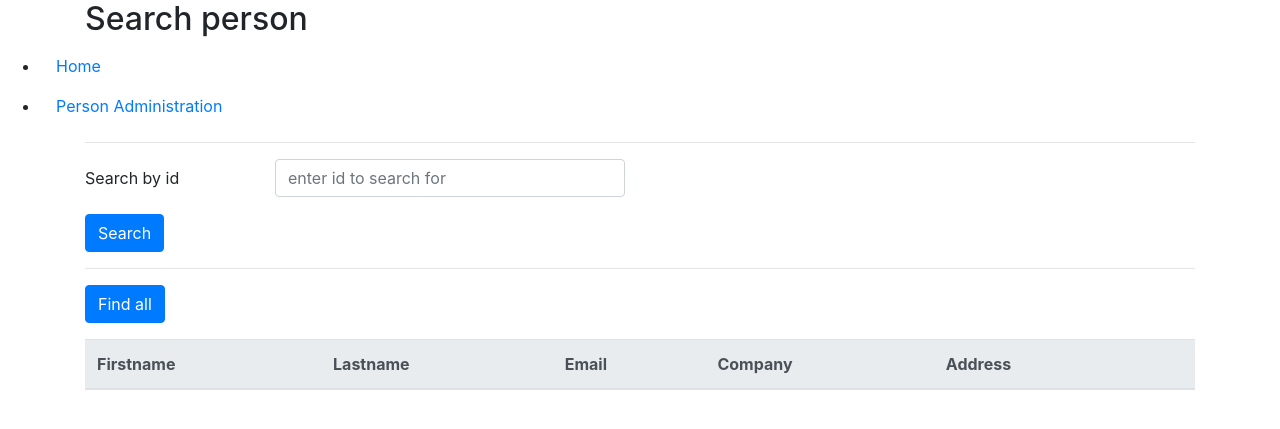
Repository: bvanrooy/exspring
Page: http://localhost/searchperson
The author's editor kept a copy of each file at every save. The page is drawn from the files as they stood at one save, then again after the next save.
The browser window is 1280 px wide. The pictures show the whole page.
The page is this project's Thymeleaf template; nobody is signed in. The template is opened directly, without the code that normally fills it, so the values that code supplies are empty.

Above is the page before, as saved 2020-10-07 12:53:09.

After the next save:
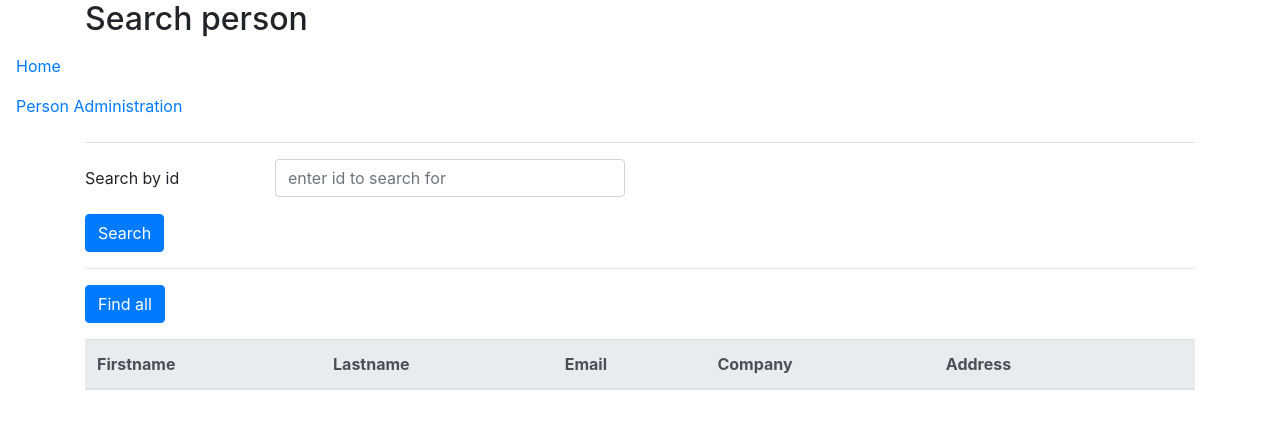
Saved 44 s later.
--- a/ExB3/src/main/resources/templates/searchperson.html
+++ b/ExB3/src/main/resources/templates/searchperson.html
@@ -6,18 +6,15 @@
 	content="width = device-width, initial-scale = 1, shrink-to-fit = no">
 <link rel="stylesheet"
 	href="https://stackpath.bootstrapcdn.com/bootstrap/4.1.3/css/bootstrap.min.css">
-<title>Search persond</title>
+<title>Search person</title>
 </head>
 <body>
 	<div class="container">
 		<h2>Search person</h2>
 	</div>
 	<div>
-		<ul>
-			<li><a class="nav-link" href="./index">Home</a></li>
-			<li><a class="nav-link" href="./personadmin">Person
-					Administration</a></li>
-		</ul>
+		<a class="nav-link" href="./index">Home</a>
+		<a class="nav-link" href="./personadmin">Person Administration</a>
 	</div>
 	<div id="form" class="container">
 		<form action="#" method="post" th:action="@{/searchpersonbyid}"
